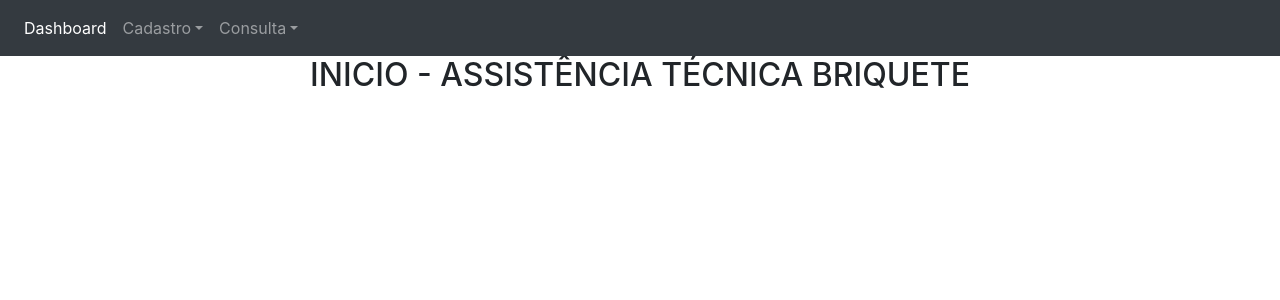
Repository: gabrielfeliphe/AssistenciaTecnica
Page: PI-AssistenciaTecnica/WebContent/pages/recepcao/index.html
These files come from the project's save history. The page is drawn as it stood at one moment and after the next save; the edit follows.
The browser window is 1280 px wide. The pictures show the whole page.
Some web libraries are served in a nearby version.

Above is the page before, as saved 2021-10-14 23:33:15.

### PI-AssistenciaTecnica/WebContent/css/recepcao.css
@charset "UTF-8";


.form-group{

	padding-top: 5%;

}
.container{

	  box-shadow: 0 5px 8px 0 rgba(0, 0, 0, 0.2), 0 9px 26px 0 rgba(0, 0, 0, 0.19);
	  width: 75%;
	  padding: 2%;
}

#searchbox{
	display: flex;
}

#searchbox input{

	width: 50%;

}

#observacao{
	height: 350px,250px;
	resize: none;

}

### PI-AssistenciaTecnica/WebContent/js/general.js
BRIQUETE = new Object();

$(document).ready(function(){


	console.log("script GENERAL")

	BRIQUETE.PATH = "/PI-AssistenciaTecnica/rest/";

	$("header").load("geral/cabecalho.html")


	BRIQUETE.carregaPagina= function(pagename){
		//Remove o contúdo criado na abertura de uma janela pelo modal JQueryUI
		//if($(".ui-dialog"))
		//	$(".ui-dialog").remove();
		//limpa a tag section, excluindo todo o conteúdo de dentro dela

		$("section").empty();
		//carrega a página solicitada dentro da tag section
		$("section").load(pagename+"/",function(response,status,info){
			if(status=="error"){
				var msg = "Houve um erro ao encontrar a página: "+ info.status + " - " + info.statusText;
				$("section").html(msg);
				}
			});
	}


BRIQUETE.exibirAviso = function(aviso){
		var modal = {
			title: "Mensagem",
			height: 250,
			width: 400,
			modal: true,
			buttons: {
				"OK": function(){
					$(this).dialog("close");
				}
			}
		};
		$("#modalAviso").html(aviso);
		$("#modalAviso").dialog(modal);
};

});

### PI-AssistenciaTecnica/WebContent/pages/recepcao/geral/cabecalho.html
<!DOCTYPE html>
<html>
<head>
<meta charset="UTF-8">
<title>Dashboard Recepção</title>

</head>
<body>

<nav class="navbar navbar-expand-lg navbar-dark bg-dark ">
  <button class="navbar-toggler" type="button" data-toggle="collapse" data-target="#navbarNav" aria-controls="navbarNav" aria-expanded="false" aria-label="Toggle navigation">
    <span class="navbar-toggler-icon"></span>
  </button>
  <div class="collapse navbar-collapse" id="navbarNav">
    <ul class="navbar-nav ">
      <li class="nav-item active">
        <a class="nav-link" href="#">Dashboard<span class="sr-only">(current)</span></a>
      </li>
      <div>
      <li class="nav-item dropdown">
        <a class="nav-link dropdown-toggle" href="#" id="navbarDropdown" role="button" data-toggle="dropdown">Cadastro</a>
     	<div class="dropdown-menu" aria-labelledby="navbarDropdown">
     		<a class="dropdown-item" href="#" onclick="BRIQUETE.carregaPagina('funcao/cadastro_cliente')">Cliente</a>
     		<div class="dropdown-divider"></div>
     		<a class="dropdown-item" href="#"onclick="BRIQUETE.carregaPagina('funcao/cadastro_orcamento')">Orçamento</a>
     	</div>
      </li>

      </div>
       <li class="nav-item dropdown">
        <a class="nav-link dropdown-toggle" href="#" id="navbarDropdown" role="button" data-toggle="dropdown">Consulta</a>
     	<div class="dropdown-menu" aria-labelledby="navbarDropdown">
     		<a class="dropdown-item" href="../../general/funcoes/consulta_ordemservico.html">Ordem de serviço</a>
     		<div class="dropdown-divider"></div>
     		<a class="dropdown-item" href="#" onclick="BRIQUETE.carregaPagina('../general/funcoes/consulta_orcamento')">Orçamentos</a>
     	</div>
      </li>
    </ul>
  </div>
</nav>


</body>
</html>

Loaded but not shown: PI-AssistenciaTecnica/WebContent/pages/recepcao/index.html (common file); PI-AssistenciaTecnica/WebContent/js/jquery-ui.js (library); PI-AssistenciaTecnica/WebContent/css/jquery-ui.css (library)

After the next save:
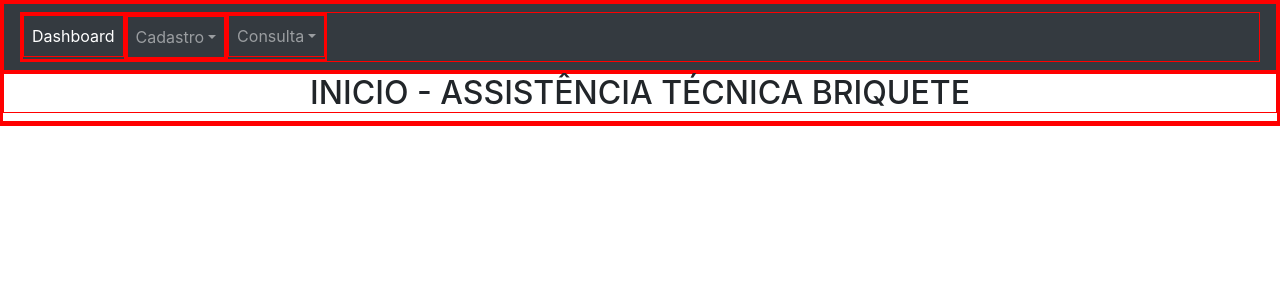
Saved 24 s later.
--- a/PI-AssistenciaTecnica/WebContent/css/recepcao.css
+++ b/PI-AssistenciaTecnica/WebContent/css/recepcao.css
@@ -1,5 +1,9 @@
 @charset "UTF-8";
 
+
+*{
+	border: solid red 1px;
+}
 
 .form-group{
 

After the save that followed:
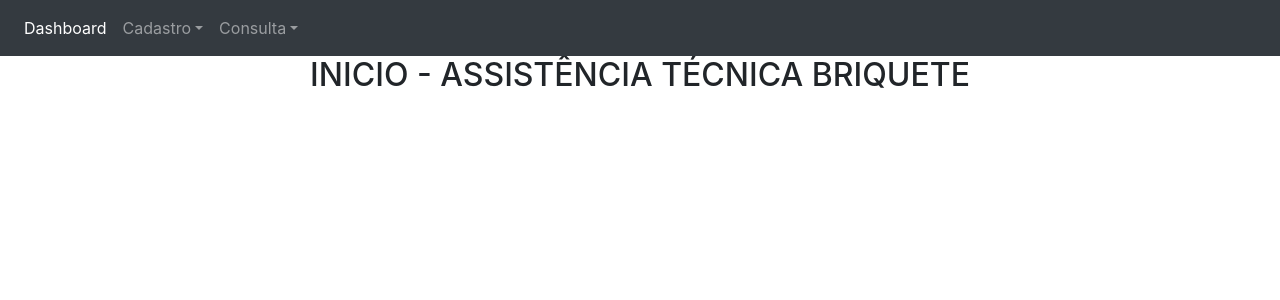
Saved 25 s later.
--- a/PI-AssistenciaTecnica/WebContent/css/recepcao.css
+++ b/PI-AssistenciaTecnica/WebContent/css/recepcao.css
@@ -1,9 +1,5 @@
 @charset "UTF-8";
 
-
-*{
-	border: solid red 1px;
-}
 
 .form-group{
 
